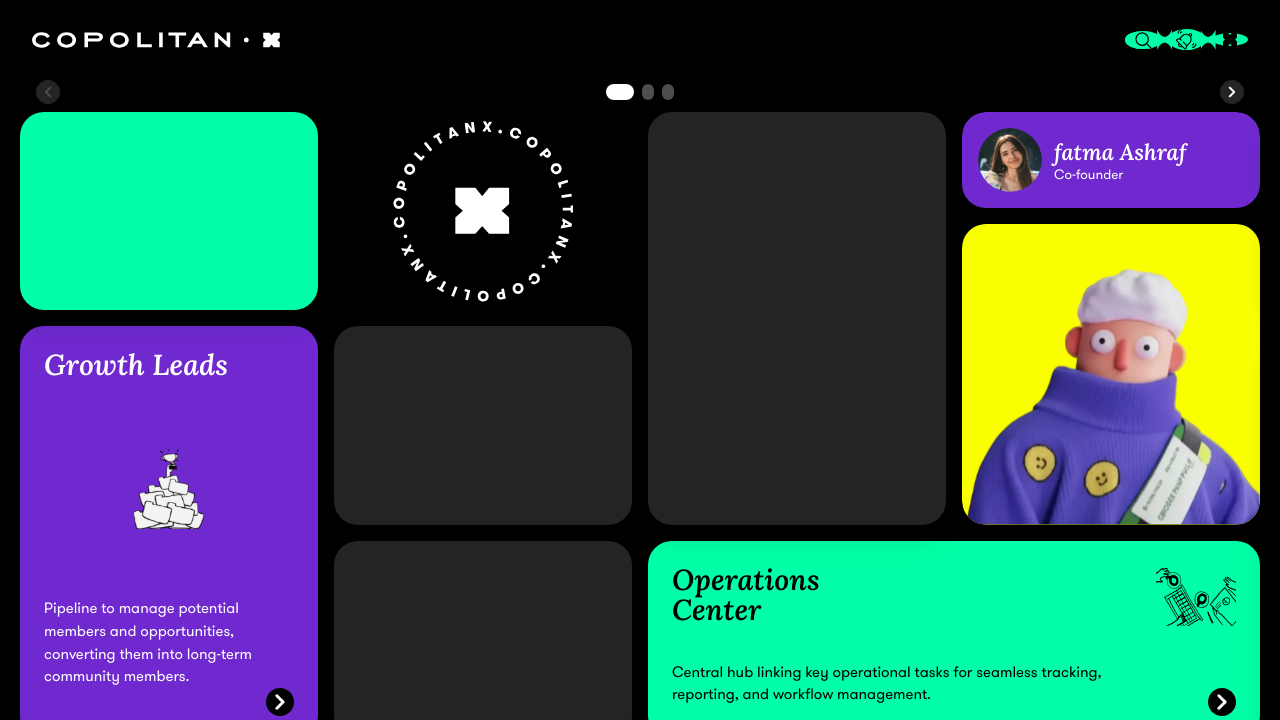
Repository: mohameddtalal/Copolitan-X
Page: /dashboard
An editor plug-in stored every save of this project. The page is shown before and after a run of saves, followed by the edit.
The browser window is 1280 px wide. The pictures show the whole page.
The project was rebuilt for these pictures with package versions that can differ from the ones it lists, and the page was loaded fresh each time. The framework's server and built-in components were replaced by stand-ins that run in the browser. Also part of the build but not shown: next.config.ts.

Above is the page before, as saved 2026-02-11 11:35:52.

After the next 9 saves:
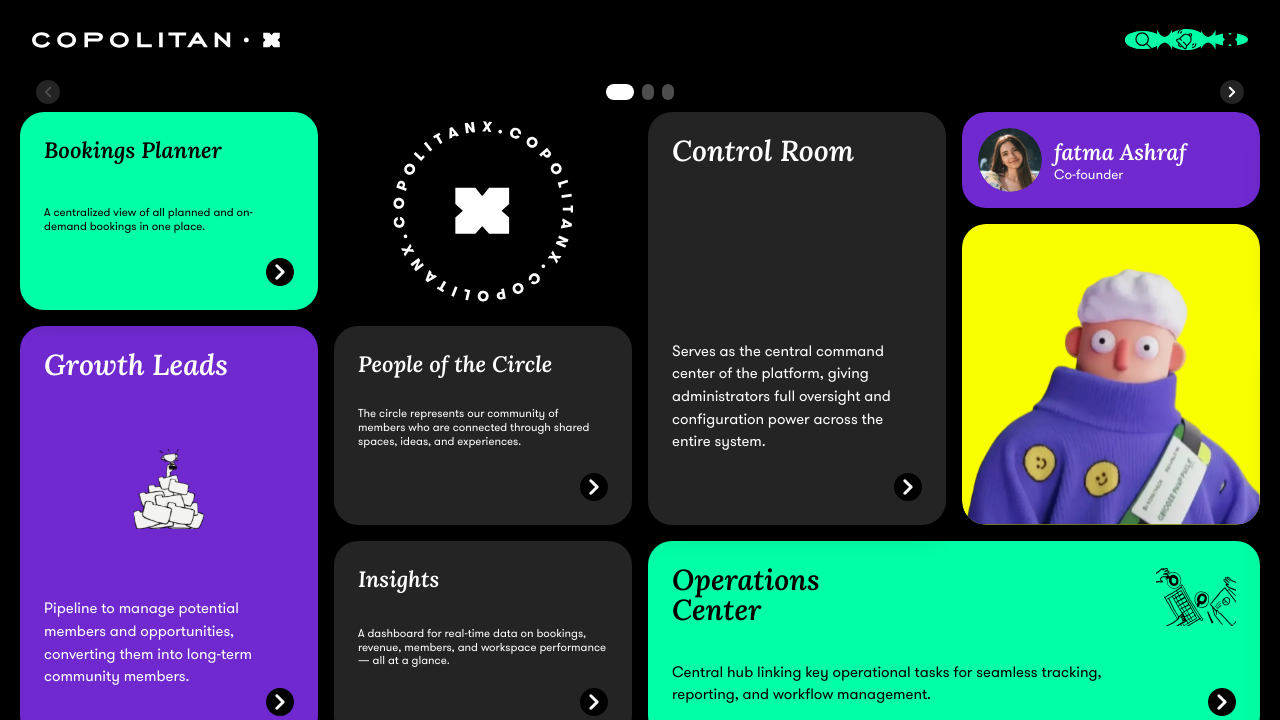
The 9 saves are shown as one change because 2 did not build or start and some came seconds apart.
The last was saved 36 s later.
--- a/src/components/BadgeCard/BadgeCard.tsx
+++ b/src/components/BadgeCard/BadgeCard.tsx
@@ -5,6 +5,7 @@ import SplitCard from "./SplitCard";
 import { getDescSizeClass, getTitleSizeClass } from "@/app/Shared/Functions";
 import ImageCard from "./ImageCard";
 import CardTextImage from "./CardTextImage";
+import TextCard from "./TextCard";
 
 export default function BadgeCard({ card }: any) {
   const [isFlipped, setIsFlipped] = useState(false);
@@ -25,7 +26,7 @@ export default function BadgeCard({ card }: any) {
     }
 
     // Default card
-
+    return <TextCard card={card}/>
   };
 
   const positionClasses = card.id === 4 ? "col-start-4 row-start-1 col-span-1 row-span-2 rounded-xl sm:rounded-2xl lg:rounded-3xl" : card.span;
